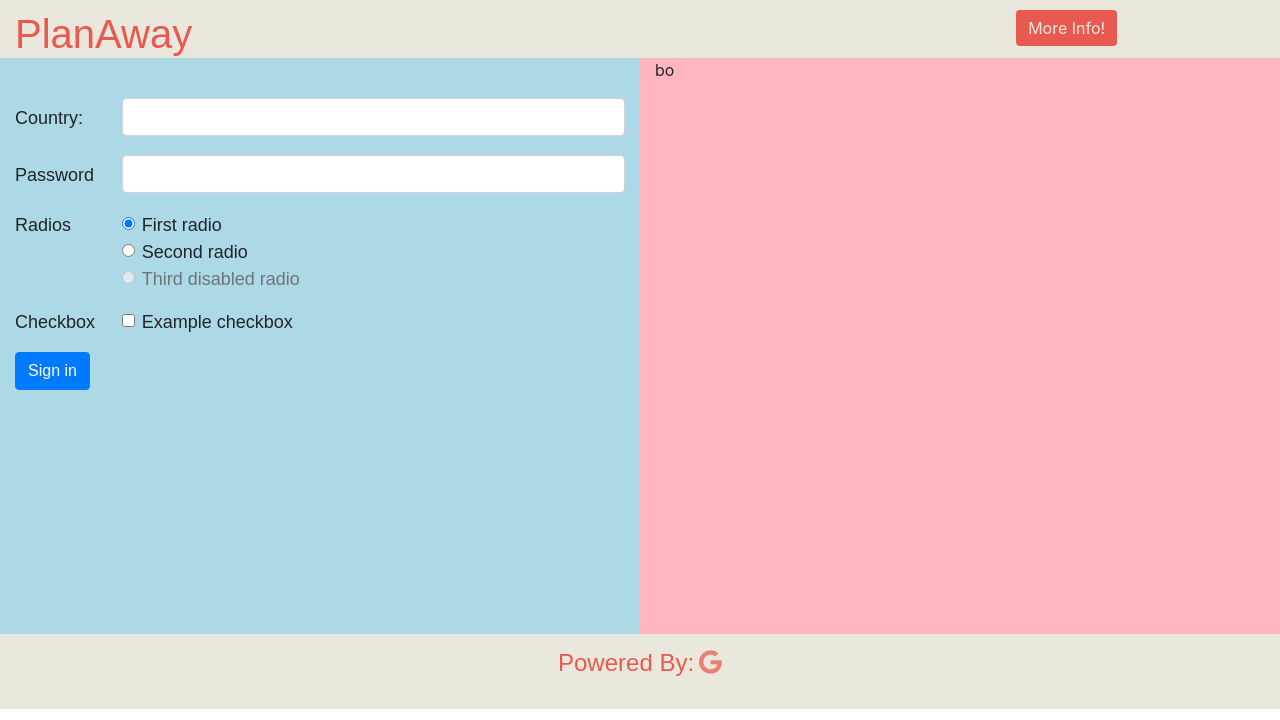
Repository: Brad000/PlanAway-Project
Page: planner.html
The author's editor kept a record of every edit. The page is drawn from the files as they stood at one moment, then again after the next edit.
The browser window is 1280 px wide. The pictures show the whole page.
Some icons come from a web library that is not loaded, so they are not drawn. Some web fonts or font styles are not loaded; a fallback is used. Some web libraries are served in a nearby version.

Above is the page before.

### planner.html
<!DOCTYPE html>
<html lang="en">

<head>
    <meta charset="UTF-8">
    <meta name="viewport" content="width=device-width, initial-scale=1.0">
    <meta http-equiv="X-UA-Compatible" content="ie=edge">
    <link rel="stylesheet" href="assets/css/style.css" type="text/css" />
    <link rel="stylesheet" href="https://stackpath.bootstrapcdn.com/bootstrap/4.4.1/css/bootstrap.min.css" integrity="sha384-Vkoo8x4CGsO3+Hhxv8T/Q5PaXtkKtu6ug5TOeNV6gBiFeWPGFN9MuhOf23Q9Ifjh" crossorigin="anonymous">
    <script src="https://code.jquery.com/jquery-3.2.1.js" integrity="sha256-DZAnKJ/6XZ9si04Hgrsxu/8s717jcIzLy3oi35EouyE=" crossorigin="anonymous"></script>
    <script src="https://code.jquery.com/jquery-3.4.1.slim.min.js" integrity="sha384-J6qa4849blE2+poT4WnyKhv5vZF5SrPo0iEjwBvKU7imGFAV0wwj1yYfoRSJoZ+n" crossorigin="anonymous"></script>
    <script src="https://cdn.jsdelivr.net/npm/popper.js@1.16.0/dist/umd/popper.min.js" integrity="sha384-Q6E9RHvbIyZFJoft+2mJbHaEWldlvI9IOYy5n3zV9zzTtmI3UksdQRVvoxMfooAo" crossorigin="anonymous"></script>
    <script src="https://stackpath.bootstrapcdn.com/bootstrap/4.4.1/js/bootstrap.min.js" integrity="sha384-wfSDF2E50Y2D1uUdj0O3uMBJnjuUD4Ih7YwaYd1iqfktj0Uod8GCExl3Og8ifwB6" crossorigin="anonymous"></script>
    <script src="https://kit.fontawesome.com/5655c570e1.js" crossorigin="anonymous"></script>
    <script type="text/javascript" src="assets/js/script.js"></script>

    <title>PlanAway - Plan your next vacation</title>
</head>

<body>
    <header class="container-fluid">
        <div class="row">
            <div class="col-12 col-md-8 site-heading">
                <h1 class="site-name">PlanAway<i class="fal fa-plane-departure site-logo"></i></h1>
            </div>
            <div class="col-12 col-md-4 site-heading button-align">
                <a class="btn btn-primary" id="infoButton" data-toggle="collapse" href="#collapseExample" role="button" aria-expanded="false" aria-controls="collapseExample">More Info!
                </a>
            </div>
            <div class="col-12 site-heading">
                <div class="collapse" id="collapseExample">
                    <div class="card card-body" id="info-card">
                        <p class="briefs">Please use the below form and selectors to plan your next vacation destination, further organise that dream get away with top accomodation, attractions and restaurants shown around you chosen destination.</p>
                    </div>
                </div>
            </div>
        </div>
    </header>

    <section class="container-fluid">
        <div class="row">
            <div class="col-12 col-md-6 n" id="top">

                <form class="plan-form">
                    <div class="form-group row">
                        <label class="col-sm-2 col-form-label">Country:</label>
                        <div class="col-sm-10">
                            <input type="text" class="form-control">
                        </div>
                    </div>
                    <div class="form-group row">
                        <label for="inputPassword3" class="col-sm-2 col-form-label">Password</label>
                        <div class="col-sm-10">
                            <input type="password" class="form-control" id="inputPassword3">
                        </div>
                    </div>
                    <fieldset class="form-group">
                        <div class="row">
                            <legend class="col-form-label col-sm-2 pt-0">Radios</legend>
                            <div class="col-sm-10">
                                <div class="form-check">
                                    <input class="form-check-input" type="radio" name="gridRadios" id="gridRadios1" value="option1" checked>
                                    <label class="form-check-label" for="gridRadios1">First radio</label>
                                </div>
                                <div class="form-check">
                                    <input class="form-check-input" type="radio" name="gridRadios" id="gridRadios2" value="option2">
                                    <label class="form-check-label" for="gridRadios2">Second radio</label>
                                </div>
                                <div class="form-check disabled">
                                    <input class="form-check-input" type="radio" name="gridRadios" id="gridRadios3" value="option3" disabled>
                                    <label class="form-check-label" for="gridRadios3">Third disabled radio</label>
                                </div>
                            </div>
                        </div>
                    </fieldset>
                    <div class="form-group row">
                        <div class="col-sm-2">Checkbox</div>
                        <div class="col-sm-10">
                            <div class="form-check">
                                <input class="form-check-input" type="checkbox" id="gridCheck1">
                                <label class="form-check-label" for="gridCheck1">Example checkbox</label>
                            </div>
                        </div>
                    </div>
                    <div class="form-group row">
                        <div class="col-sm-10">
                            <button type="submit" class="btn btn-primary">Sign in</button>
                        </div>
                    </div>
                </form>



            </div>
            <div class="col-12 col-md-6 m">bo</div>
        </div>
    </section>

    <footer class="container-fluid">
        <div class="row">
            <div class="col-12 footer">
                <h4>Powered By:<a href="https://www.google.com/" id="a-links" target="_blank"><i class="fab fa-google"></i></a></h4>
            </div>
        </div>
    </footer>

</body>

</html>

### assets/css/style.css
@import url('https://fonts.googleapis.com/css?family=Gayathri:100,200,300,400,500,600,700');

/*---Landing Page---*/

.site-heading {
    background-color: #eae7dc;
    color: #e85a4f;
}

.site-name {
    font-family: 'Gayathri', sans-serif;
    margin-top: 10px;
    margin-bottom: 0;
    text-align: center;
}

.site-logo {
    margin-left: 10px;
}

.site-links {
    text-align: center;
    font-size: 40px;
    margin-top: 10px;
    margin-right: 10px;
}

.link-text {
    text-align: center;
    font-family: 'Gayathri', sans-serif;
    font-weight: 600;
}

#a-links {
    text-decoration: none;
    cursor: pointer;
    color: #e98074;
    transition: color 0.5s ease-in-out;
    -moz-transition: color 0.5s ease-in-out;
    -webkit-transition: color 0.5s ease-in-out;
    -o-transition: color 0.5s ease-in-out;
}

#a-links:hover {
    color: #e85a4f;
}

.site-brief {
    font-family: 'Gayathri', sans-serif;
    text-align: center;
    font-size: 12px;
    font-weight: 700;
    padding: 0;
    margin: 0;
}

#image {
    padding: 0;
}

.main-images {
    opacity: 0.78;
}

img {
    height: 85vh;
}


/*---planner.html---*/

.briefs {
    font-family: 'Gayathri', sans-serif;
    font-size: 16px;
    text-align: center;
    font-weight: 700;
    padding: 10px;
    margin: 0;
    color: #e85a4f;
}

#infoButton {
    display: inline-block;
    margin-bottom: 5px;
    background-color: #e85a4f;
    color: #eae7dc;
    border: none;
    box-shadow: none;
    transition: background-color 0.5s ease-in-out;
    -moz-transition: background-color 0.5s ease-in-out;
    -webkit-transition: background-color 0.5s ease-in-out;
    -o-transition: background-color 0.5s ease-in-out;
}

#infoButton:hover {
    background-color: #fd9b90;
}

.button-align {
    text-align: center;
}

#info-card {
    border: none;
    background-color: #eae7dc;
}

.plan-form {
    font-family: 'Gayathri', sans-serif;
    font-size: 18px;
    margin-top: 40px;
    margin-bottom: 40px;
}

.n {
    background-color: lightblue;
    height: 80vh;
}

.m {
    background-color: lightpink;
    height: 80vh;
}


/*---Footer---*/

.footer {
    height: 75px;
    text-align: center;
    font-weight: 700;
    font-family: 'Gayathri', sans-serif;
    padding-top: 15px;
    background-color: #eae7dc;
    color: #e85a4f;
}

.fa-google {
    margin-left: 5px;
}

/*---Media Queries---*/

@media(min-width: 767px) {
    .site-name {
        text-align: left;
    }
    .site-brief {
        font-size: 18px;
    }
    #infoButton {
        margin: 10px;
    }
}



/*---JS css--*/

.green {
    background-color: green;
}

### assets/js/script.js
$(document).ready(function(){












});

After the next edit:
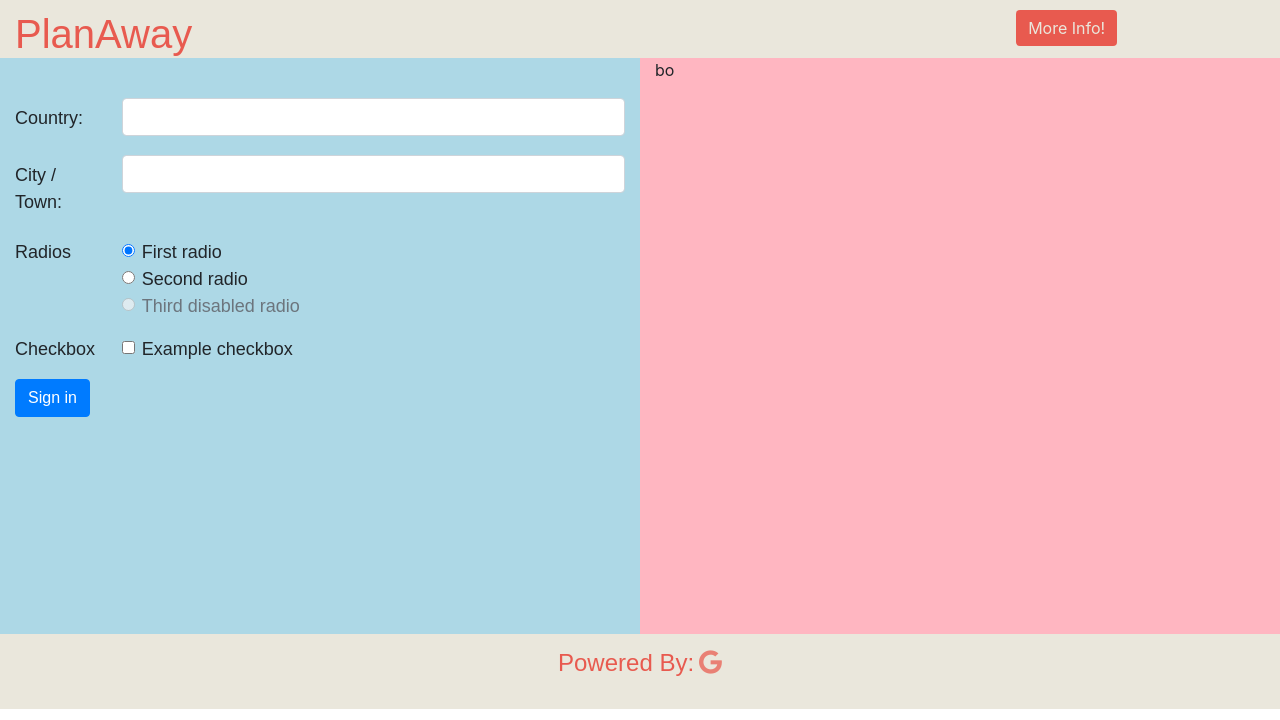
The edit:
--- a/planner.html
+++ b/planner.html
@@ -49,7 +49,7 @@
                         </div>
                     </div>
                     <div class="form-group row">
-                        <label for="inputPassword3" class="col-sm-2 col-form-label">Password</label>
+                        <label class="col-sm-2 col-form-label">City / Town:</label>
                         <div class="col-sm-10">
                             <input type="password" class="form-control" id="inputPassword3">
                         </div>
